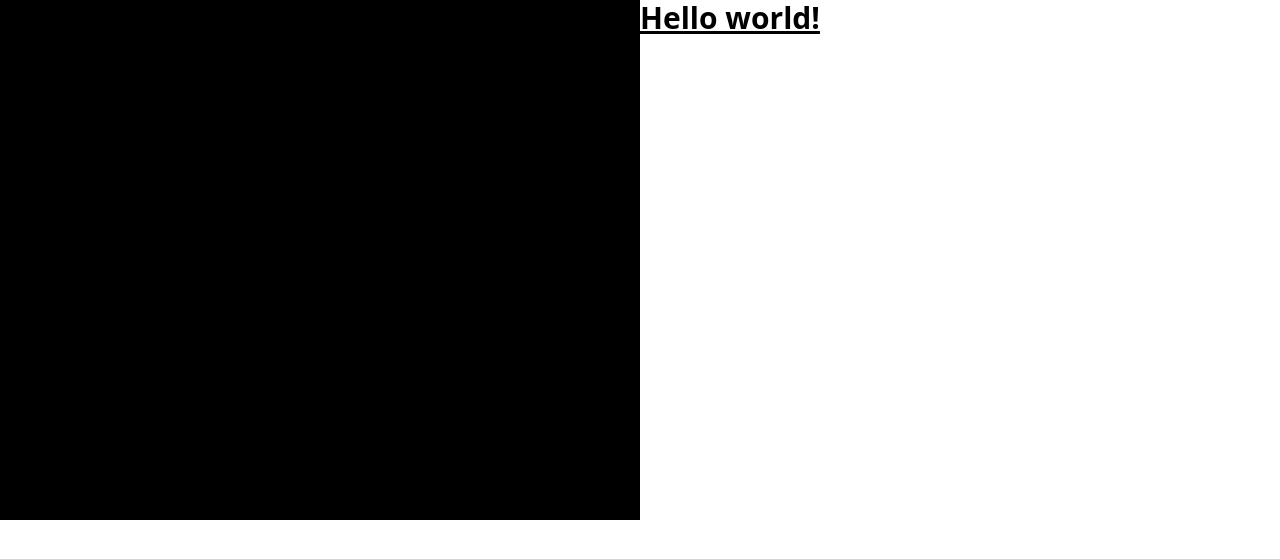
Repository: Yh010/dukaanDashboard
Page: /
An editor plug-in stored every save of this project. The page is shown before and after the next save, followed by the edit.
The browser window is 1280 px wide. The pictures show the whole page.
The project was rebuilt for these pictures with package versions that can differ from the ones it lists, and the page was loaded fresh each time. Also part of the build but not shown: vite.config.js, src/App.css.

Above is the page before, as saved 2024-01-21 11:34:48.

### src/App.jsx
/* import { useState } from 'react' */
/* import reactLogo from './assets/react.svg'
import viteLogo from '/vite.svg' */
import './App.css'
import SideNavBar from './components/sidenavbar'

function App() {
/*   const [count, setCount] = useState(0) */

  return (
    <div className='grid grid-cols-2'>
       <SideNavBar/>
        <h1 className="text-3xl font-bold underline">
            Hello world!
        </h1>

    </div>

  )
}

export default App

### src/components/sidenavbar.jsx
function SideNavBar() {
    return (
        <div className="sidenavbar bg-black" >

            <div className=" space-y-48 justify-between">
                <div className="space-y-4">
                    <div id="head">
                        ergre
                    </div>

                    <div id="items">
                        <ul>
                            <li>
                                <button>Home</button>
                            </li>
                            <li>
                                <button>Orders</button>
                            </li>
                            <li>
                                <button>Products</button>
                           </li>
                            <li>
                                 <button>Delivery</button>
                            </li>
                            <li>
                                <button>Marketing</button>
                            </li>
                            <li>
                                <button>Analytics</button>
                            </li>
                            <li>
                                <button>Payouts</button>
                            </li>
                            <li>
                                <button>Discounts</button>
                            </li>

                            <li>
                                <button>Audience</button>
                            </li>
                            <li>
                                <button>Appearance</button>
                            </li>
                            <li>
                                 <button>Plugin</button>
                            </li>
                        </ul>
                    </div>
                </div>

                <div id="credits">
                    sgrr
                </div>
            </div>

        </div>
    );
}

export default SideNavBar;

Loaded but not shown: index.html (common file); src/main.jsx (common file); src/index.css (common file); tailwind.config.js (common file)

After the next save:
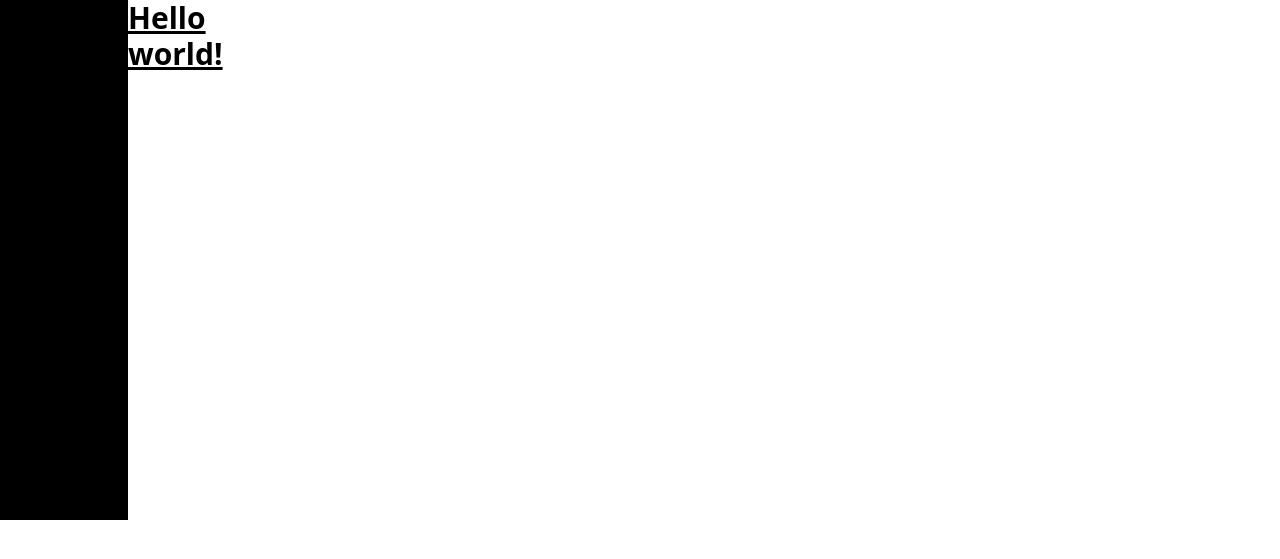
Saved 74 s later.
--- a/src/App.jsx
+++ b/src/App.jsx
@@ -8,8 +8,11 @@ function App() {
 /*   const [count, setCount] = useState(0) */
 
   return (
-    <div className='grid grid-cols-2'>
-       <SideNavBar/>
+    <div className='grid grid-cols-10'>
+      <div className='grid-cols-2'>
+         <SideNavBar/>
+      </div>
+
         <h1 className="text-3xl font-bold underline">
             Hello world!
         </h1>
